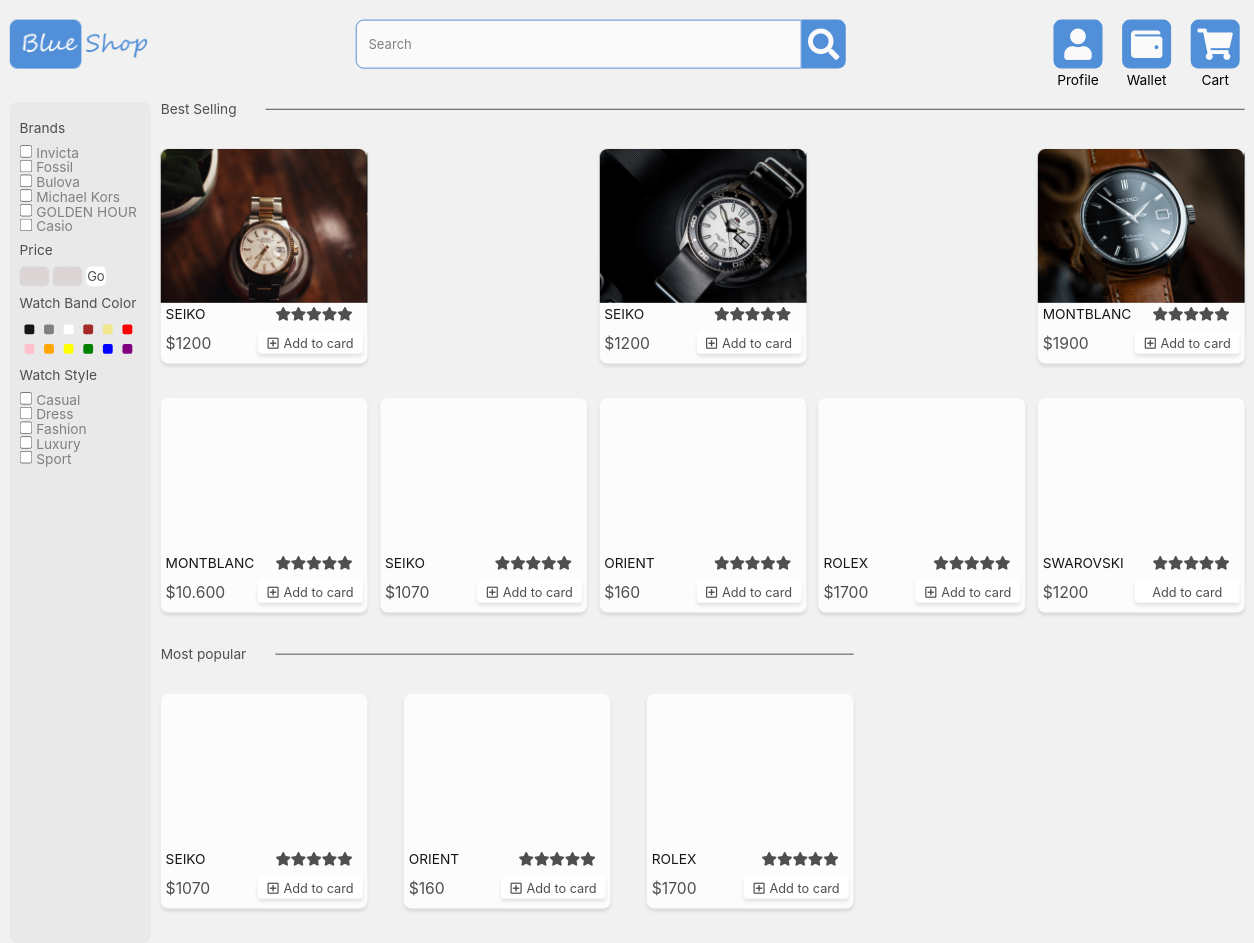
Repository: 5440000/5440000.github.io
Page: My-shop/index.html
The author's editor kept a copy of each file at every save. The page is drawn from the files as they stood at one save, then again after the next save.
The browser window is 1280 px wide. The pictures show the whole page, at 98% of full size.

Above is the page before, as saved 2022-04-07 18:56:11.

### My-shop/index.html
<!DOCTYPE html>
<html lang="en">
  <head>
    <meta charset="UTF-8" />
    <meta name="viewport" content="width=device-width, initial-scale=1.0" />
    <link
      rel="stylesheet"
      href="https://cdnjs.cloudflare.com/ajax/libs/font-awesome/5.15.4/css/all.min.css"
      integrity="sha512-1ycn6IcaQQ40/MKBW2W4Rhis/DbILU74C1vSrLJxCq57o941Ym01SwNsOMqvEBFlcgUa6xLiPY/NS5R+E6ztJQ=="
      crossorigin="anonymous"
      referrerpolicy="no-referrer"
    />
    <title>Document</title>
    <link rel="stylesheet" href="css/style.css" />
    <link rel="stylesheet" href="css/modal.css" />
    <!-- <link
      href="https://cdn.jsdelivr.net/npm/bootstrap@5.1.3/dist/css/bootstrap.min.css"
      rel="stylesheet"
      integrity="sha384-1BmE4kWBq78iYhFldvKuhfTAU6auU8tT94WrHftjDbrCEXSU1oBoqyl2QvZ6jIW3"
      crossorigin="anonymous"
    /> -->
  </head>
  <body>
    <div class="header">
      <header class="header__container">
        <div class="header__logo">
          <img src="./img/Logo.png" alt="" />
        </div>
        <div class="search">
          <form class="form" action="#">
            <input
              class="form__ínput-area input__search"
              type="text"
              name=""
              value="Search"
            />
            <button class="form__button" type="submit">
              <i class="fas fa-search"></i>
            </button>
          </form>
        </div>
        <div class="nav">
          <div class="list-button">
            <div class="list-button__item-wrapper">
              <div class="list-button__profile list-button__item">
                <i class="fas fa-user"></i>
              </div>
              <span class="list-button__subtitle">Profile</span>
            </div>
            <div class="list-button__item-wrapper">
              <div class="list-button__wallet list-button__item">
                <i class="fas fa-wallet"></i>
              </div>
              <span class="list-button__subtitle">Wallet</span>
            </div>
            <div class="list-button__item-wrapper">
              <div class="list-button__cart list-button__item">
                <i class="fas fa-shopping-cart"></i>
              </div>

              <span class="list-button__subtitle">Cart</span>
            </div>
          </div>
        </div>
      </header>
    </div>
    <section class="main">
      <div class="main__container">
        <div class="side-bar">
          <div class="brands div-sidebar">
            <div class="side-bar-title">Brands</div>
            <div class="brands__check-box">
              <div>
                <input
                  type="checkbox"
                  id="coding"
                  name="interest"
                  value="coding"
                />
                <label for="coding">Invicta</label>
              </div>
              <div>
                <input
                  type="checkbox"
                  id="music"
                  name="interest"
                  value="music"
                />
                <label for="music">Fossil</label>
              </div>
              <div>
                <input type="checkbox" id="art" name="interest" value="art" />
                <label for="art">Bulova</label>
              </div>
              <div>
                <input
                  type="checkbox"
                  id="sports"
                  name="interest"
                  value="sports"
                />
                <label for="sports">Michael Kors</label>
              </div>
              <div>
                <input
                  type="checkbox"
                  id="cooking"
                  name="interest"
                  value="cooking"
                />
                <label for="cooking">GOLDEN HOUR</label>
              </div>
              <div>
                <input
                  type="checkbox"
                  id="other"
                  name="interest"
                  value="other"
                />
                <label for="other">Casio</label>
              </div>
            </div>
          </div>

          <div class="price div-sidebar">
            <div class="side-bar-title">Price</div>
            <form class="price__form" action="">
              <input class="price__input" type="text" name="" value="" />
              <input class="price__input" type="text" name="" value="" />

              <button id="price__button" class="price__button" type="submit">
                Go
              </button>
            </form>
          </div>
          <div class="colors div-sidebar">
            <div class="colors__title side-bar-title">Watch Band Color</div>
            <div class="wrapper-colors">
              <div class="wrapper-colors__black color"></div>
              <div class="wrapper-colors__grey color"></div>
              <div class="wrapper-colors__white color"></div>
              <div class="wrapper-colors__brown color"></div>
              <div class="wrapper-colors__kashmir color"></div>
              <div class="wrapper-colors__red color"></div>
              <div class="wrapper-colors__pink color"></div>
              <div class="wrapper-colors__orange color"></div>
              <div class="wrapper-colors__yellow color"></div>
              <div class="wrapper-colors__green color"></div>
              <div class="wrapper-colors__blue color"></div>
              <div class="wrapper-colors__purple color"></div>
            </div>
          </div>
          <div class="Style div-sidebar">
            <div class="side-bar-title">Watch Style</div>
            <div>
              <input
                type="checkbox"
                id="coding"
                name="interest"
                value="coding"
              />
              <label for="coding">Casual</label>
            </div>
            <div>
              <input type="checkbox" id="music" name="interest" value="music" />
              <label for="music">Dress</label>
            </div>
            <div>
              <input type="checkbox" id="art" name="interest" value="art" />
              <label for="art">Fashion</label>
            </div>
            <div>
              <input
                type="checkbox"
                id="sports"
                name="interest"
                value="sports"
              />
              <label for="sports">Luxury</label>
            </div>
            <div>
              <input
                type="checkbox"
                id="cooking"
                name="interest"
                value="cooking"
              />
              <label for="cooking">Sport</label>
            </div>
          </div>
        </div>
        <div class="shop">
          <div class="banner"></div>
          <div class="shop__separator separator">
            <div class="separator__title">Best Selling</div>
          </div>
          <div id="list_goods">

          </div>
          <div class="shop__list-items">
            <div class="item">
              <div class="item__image item__image--montblank"></div>
              <div class="item__discription-container">
                <div class="item__name item-size">MONTBLANC</div>
                <div class="item__raiting item-size">
                  <i class="fas fa-star"></i>
                  <i class="fas fa-star"></i>
                  <i class="fas fa-star"></i>
                  <i class="fas fa-star"></i>
                  <i class="fas fa-star"></i>
                </div>
                <div class="item__price item-size">$10.600</div>
                <div class="item__button item-size">
                  <button class="item__buttion">
                    <i class="far fa-plus-square"></i>Add to card
                  </button>
                </div>
              </div>
            </div>
            <div class="item">
              <div class="item__image item__image--seiko"></div>
              <div class="item__discription-container">
                <div class="item__name item-size">SEIKO</div>
                <div class="item__raiting item-size">
                  <i class="fas fa-star"></i>
                  <i class="fas fa-star"></i>
                  <i class="fas fa-star"></i>
                  <i class="fas fa-star"></i>
                  <i class="fas fa-star"></i>
                </div>
                <div class="item__price item-size">$1070</div>
                <div class="item__button item-size">
                  <button class="item__buttion">
                    <i class="far fa-plus-square"></i>Add to card
                  </button>
                </div>
              </div>
            </div>
            <div class="item">
              <div class="item__image item__image--orient"></div>
              <div class="item__discription-container">
                <div class="item__name item-size">ORIENT</div>
                <div class="item__raiting item-size">
                  <i class="fas fa-star"></i>
                  <i class="fas fa-star"></i>
                  <i class="fas fa-star"></i>
                  <i class="fas fa-star"></i>
                  <i class="fas fa-star"></i>
                </div>
                <div class="item__price item-size">$160</div>
                <div class="item__button item-size">
                  <button class="item__buttion">
                    <i class="far fa-plus-square"></i>Add to card
                  </button>
                </div>
              </div>
            </div>
            <div class="item">
              <div class="item__image item__image--rolex"></div>
              <div class="item__discription-container">
                <div class="item__name item-size">ROLEX</div>
                <div class="item__raiting item-size">
                  <i class="fas fa-star"></i>
                  <i class="fas fa-star"></i>
                  <i class="fas fa-star"></i>
                  <i class="fas fa-star"></i>
                  <i class="fas fa-star"></i>
                </div>
                <div class="item__price item-size">$1700</div>
                <div class="item__button item-size">
                  <button class="item__buttion">
                    <i class="far fa-plus-square"></i>Add to card
                  </button>
                </div>
              </div>
            </div>
            <div class="item">
              <div class="item__image item__image--swarovski"></div>
              <div class="item__discription-container">
                <div class="item__name item-size">SWAROVSKI</div>
                <div class="item__raiting item-size">
                  <i class="fas fa-star"></i>
                  <i class="fas fa-star"></i>
                  <i class="fas fa-star"></i>
                  <i class="fas fa-star"></i>
                  <i class="fas fa-star"></i>
                </div>
                <div class="item__price item-size">$1200</div>
                <div class="item__button item-size">
                  <button class="item__buttion">Add to card</button>
                </div>
              </div>
            </div>
          </div>
          <div class="shop__wrapper-of-list-most-popular">
            <div class="shop__list-of-most-popular">
              <div class="separator">
                <div class="separator__title">Most popular</div>
              </div>

              <div class="shop__list-items shop__list-items--for-3items">
                <div class="item">
                  <div class="item__image item__image--seiko"></div>
                  <div class="item__discription-container">
                    <div class="item__name item-size">SEIKO</div>
                    <div class="item__raiting item-size">
                      <i class="fas fa-star"></i>
                      <i class="fas fa-star"></i>
                      <i class="fas fa-star"></i>
                      <i class="fas fa-star"></i>
                      <i class="fas fa-star"></i>
                    </div>
                    <div class="item__price item-size">$1070</div>
                    <div class="item__button item-size">
                      <button class="item__buttion">
                        <i class="far fa-plus-square"></i>Add to card
                      </button>
                    </div>
                  </div>
                </div>
                <div class="item">
                  <div class="item__image item__image--orient"></div>
                  <div class="item__discription-container">
                    <div class="item__name item-size">ORIENT</div>
                    <div class="item__raiting item-size">
                      <i class="fas fa-star"></i>
                      <i class="fas fa-star"></i>
                      <i class="fas fa-star"></i>
                      <i class="fas fa-star"></i>
                      <i class="fas fa-star"></i>
                    </div>
                    <div class="item__price item-size">$160</div>
                    <div class="item__button item-size">
                      <button class="item__buttion">
                        <i class="far fa-plus-square"></i>Add to card
                      </button>
                    </div>
                  </div>
                </div>
                <div class="item">
                  <div id ="aaa" class="item__image item__image--rolex"></div>
                  <div class="item__discription-container">
                    <div class="item__name item-size">ROLEX</div>
                    <div class="item__raiting item-size">
                      <i class="fas fa-star"></i>
                      <i class="fas fa-star"></i>
                      <i class="fas fa-star"></i>
                      <i class="fas fa-star"></i>
                      <i class="fas fa-star"></i>
                    </div>
                    <div class="item__price item-size">$1700</div>
                    <div class="item__button item-size">
                      <button id="start" class="item__buttion">
                        <i class="far fa-plus-square"></i>Add to card
                      </button>
                    </div>
                  </div>
                </div>
              </div>
            </div>
            <div class="little-banner"></div>
          </div>
        </div>
      </div>
    </section>

    <script src="./bases.js"></script>
    <script src="./modal.js"></script>
    <script src="./index.js"></script>
    <!-- <script src="./script.js"></script> -->
  </body>
</html>

### My-shop/css/modal.css


.modal-overlay {
    top: 0;
    left: 0;
    right: 0;
    bottom: 0;
    background-color: rgba(0, 0, 0, .5);
    position: fixed;
 }
.modal-window {
    /* display: flex;
    justify-content: center;
    flex-direction: column;
    align-items: center; */
    width: 500px;
    border-radius: 5px;
    background: #fff;
    margin: 100px auto;
 }
.modal-header {padding: 5px 10px;
    display: flex;
    justify-content: space-between;
    border-bottom: 1px solid rgb(199, 191, 191);


 }
.modal-title {
    font-size: 15px;
    padding: 10px 0px;
    padding-left: 0px;

}
.modal-close {
    cursor: pointer;
    font-size: 24px;
}

.modal-footer {
    padding: 5px 10px;
    display: flex;
    justify-content: end;
    border-top: 1px solid rgb(199, 191, 191);
 }

 .modal-body {
     display: flex;
     margin: 10px;
 }


 .modal-body-img {
    height: 217px;
    width: 211px;
    background-repeat: no-repeat;
    background-size: cover;
    background-position: center;
    margin-left: 10px;
 }

 .modal-good-info {
     display: flex;
     flex-direction: column;
     margin-left: 10px;
 }

 .price {
     white-space: nowrap;
 }


 .vmodal.open .modal-overlay,
 .vmodal.open .modal-window {
     opacity: 1;
     z-index: 1000;
 }

 .modal-overlay, .modal-window {
    opacity: 0;
    z-index: -1000;

 }

.modal-btn {
    width: 100px;
    height: 30px;
    border-radius: 5px;
    margin: 0 10px;
    color: #fff;



}

.modal-btn-add-in-cart {
    background-color: rgb(74, 172, 55);
    color: #fff;
}
.modal-btn-close {
    background-color: rgb(192, 58, 40);


 }

### My-shop/index.js
const arrItems = [                               //создаю массив
  {
    id: 0,
    img: "./img/01.png",
    name: "MONTBLANC",
    price: 1900,
    currancy: "$",
    madein: "Belaurs",
  },
  {
    id: 1,
    img: "./img/02.png",
    name: "SEIKO",
    price: 1200,
    currancy: "$",
    madein: "Belarus",
  },
  {
    id: 2,
    img: "./img/03.png",
    name: "SEIKO",
    price: 1200,
    currancy: "$",
    madein: "Belarus",
  },

];

const createGood = ({ id, img, name, price, currancy,  }) => {        //описываю функцию передающую в див данные из обьекта массива
  const listGoods = document.getElementById("list_goods");

  listGoods.insertAdjacentHTML(
    "afterbegin",
    `<div class="item" >
      <div class="item__image" style="background-image:url(${img})"></div>
        <div class="item__discription-container">
          <div class="item__name item-size">${name}</div>
            <div class="item__raiting item-size">
              <i class="fas fa-star"></i>
              <i class="fas fa-star"></i>
              <i class="fas fa-star"></i>
              <i class="fas fa-star"></i>
              <i class="fas fa-star"></i>
            </div>
          <div class="item__price item-size">${currancy}${price}</div>
        <div class="item__button item-size">
          <button class="item__buttion" data-id="${id}">
            <i class="far fa-plus-square"></i>Add to card
          </button>
        </div>
      </div>
  </div>`
  );
};

const parsArr = (arr) => {
  arr.forEach((item) => {
    createGood(item);
  });
};

parsArr(arrItems);

// при клике на кнопку запустить функцию
const arrButtons = document.querySelectorAll(".item__buttion");

arrButtons.forEach((button) => {
  button.addEventListener("click", (e) => {
    const goodId = e.target.dataset.id;
    // console.log(e.target.dataset.id)
    const modal = $.modal(arrItems[goodId]);
    modal.open()
  });
});

// modal-body

Loaded but not shown: My-shop/bases.js (common file); My-shop/modal.js (65 lines, source omitted); My-shop/css/style.css (447 lines, source omitted)

After the next save:
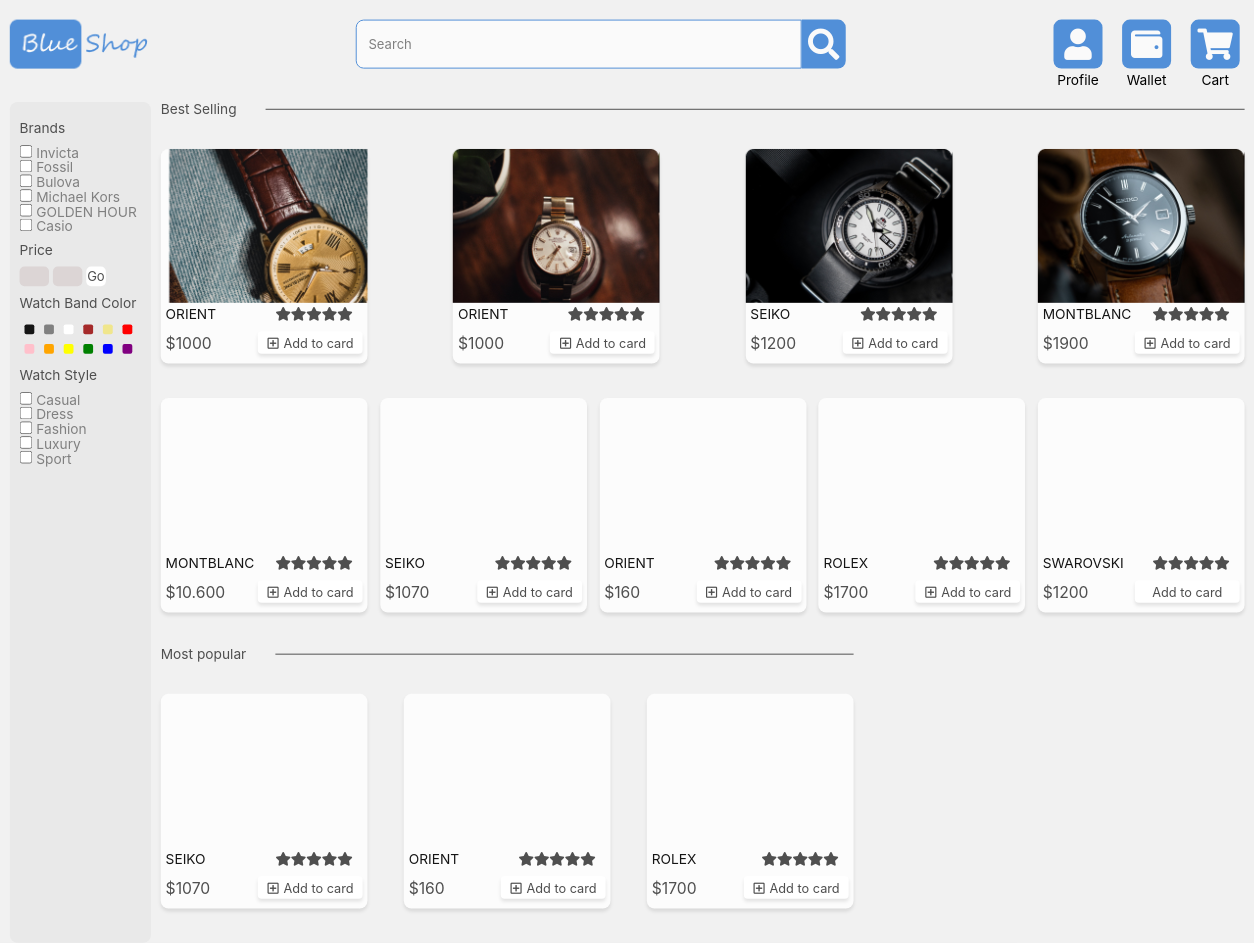
Saved 3 min 12 s later.
--- a/My-shop/index.js
+++ b/My-shop/index.js
@@ -18,8 +18,16 @@
   {
     id: 2,
     img: "./img/03.png",
-    name: "SEIKO",
-    price: 1200,
+    name: "ORIENT",
+    price: 1000,
+    currancy: "$",
+    madein: "Belarus",
+  },
+  {
+    id: 3,
+    img: "./img/04.png",
+    name: "ORIENT",
+    price: 1000,
     currancy: "$",
     madein: "Belarus",
   },
